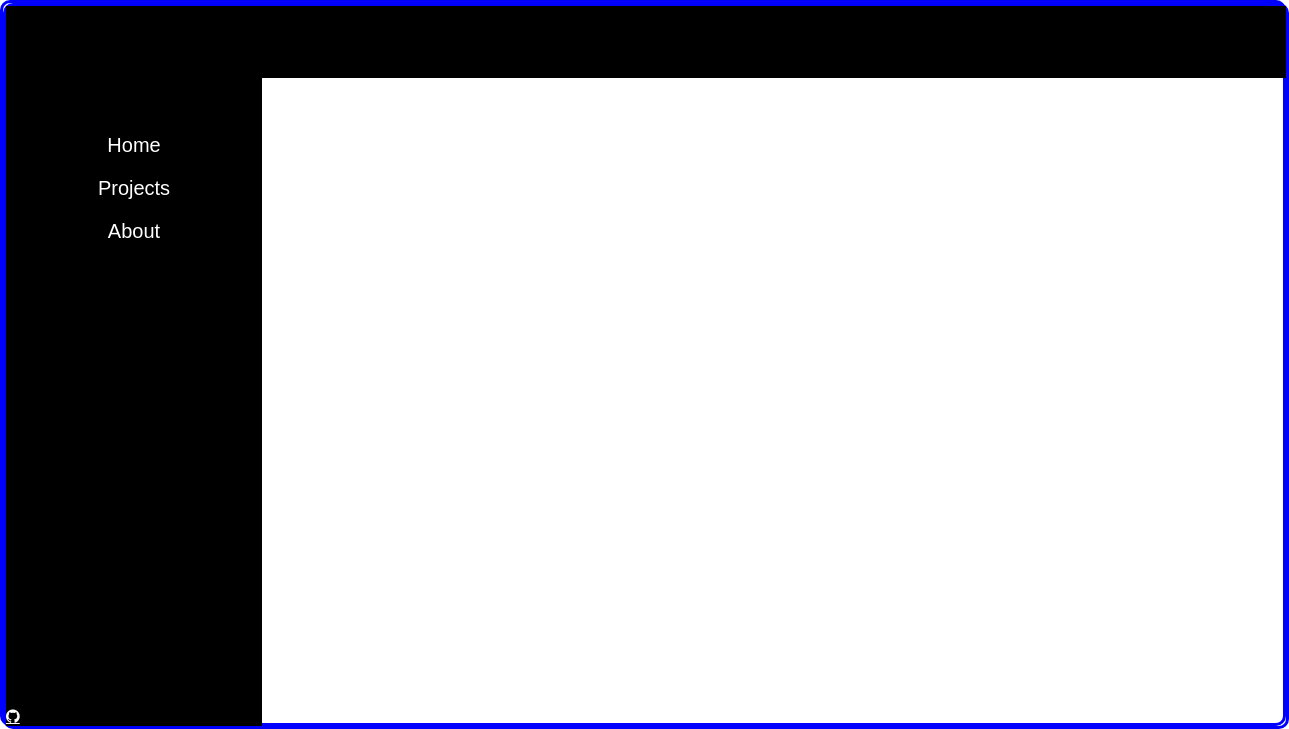
Repository: josephinel6/josephinel6.github.io
Page: index.html
An editor plug-in stored every save of this project. The page is shown before and after the next save, followed by the edit.
The browser window is 1280 px wide. The page is 1289 px wide, then 1280 px, so the pictures cover 1289 px, including what lies to the right of the window. The pictures show the whole page.

Above is the page before, as saved 2023-04-04 10:49:35.

### index.html
<!DOCTYPE html>
<html>

<head>
    <style>
        :root.light {
            --color-bg: white;
            --color-menu-text: black;
        }

        :root.dark {
            --color-bg: black;
            --color-menu-text: white;
        }

        /* :root {
            --color-bg: black;
        } */

        html,
        body {
            height: 100%;
            width: 100%;
            margin: 0;
            position: relative;
            border-color: blue;
            border-radius: 10px;
            border-style: solid;
            padding: 0;
        }

        #menu {
            height: 100%;
            width: 20%;
            position: absolute;
            z-index: 1;
            top: 0;
            bottom: 0;
            background-color: var(--color-bg);
        }

        #topbar {
            width: 100%;
            height: 10%;
            background-color: var(--color-bg);
            position: absolute;
        }

        .menutext {
            color: var(--color-menu-text);
            font-family: sans-serif;
            font-size: 20px;
        }

        .fa-github {
            color: var(--color-menu-text);
        }
    </style>
    <link rel="stylesheet" href="https://cdnjs.cloudflare.com/ajax/libs/font-awesome/4.7.0/css/font-awesome.min.css">
    <script type="module" src="https://cdn.jsdelivr.net/gh/zerodevx/zero-md@2/dist/zero-md.min.js"></script>
</head>

<body>
    <div id="menu">
        <div>
            <CENTER>
                <p class="menutext" style="margin-top: 50%"> Home </p>
                <p class="menutext"> Projects </p>
                <p class="menutext"> About </p>
            </CENTER>
        </div>
        <CENTER>
            <div style="position: absolute; bottom:0">
                <a href="https://github.com/josephinel6" class="fa fa-github"></a>
            </div>
        </CENTER>
    </div>
    <div id="topbar">

    </div>
    <script>
        window.onload = function () {
            document.documentElement.classList.remove("light")
            document.documentElement.classList.add("dark")
            window.localStorage.setItem('mode', 'dark');
            console.log("dark")
        }

        function openpage(pageName, elmnt) {
            var i, tabcontent, tablinks;
            tabcontent = document.getElementsByClassName("tabcontent");
            for (i = 0; i < tabcontent.length; i++) {
                tabcontent[i].style.display = "none";
            }
            tablinks = document.getElementsByClassName("tablink");
            for (i = 0; i < tablinks.length; i++) {
                tablinks[i].style.backgroundColor = "";
            }
            document.getElementById(pageName).style.display = "block";

            document.body.scrollTop = 0;
            document.documentElement.scrollTop = 0;
            console.log("ducks")
        }
    </script>

</body>

</html>

After the next save:
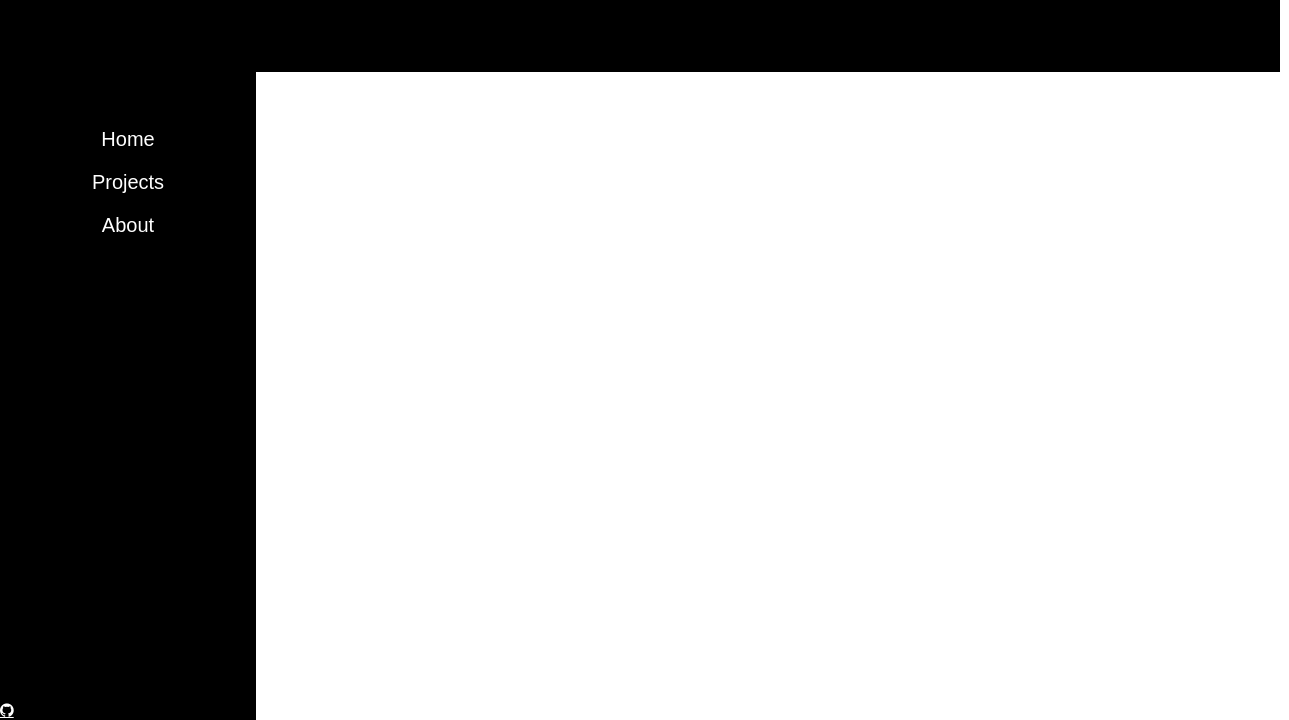
Saved 4 s later.
--- a/index.html
+++ b/index.html
@@ -23,9 +23,9 @@
             width: 100%;
             margin: 0;
             position: relative;
-            border-color: blue;
+            /* border-color: blue;
             border-radius: 10px;
-            border-style: solid;
+            border-style: solid; */
             padding: 0;
         }
 
